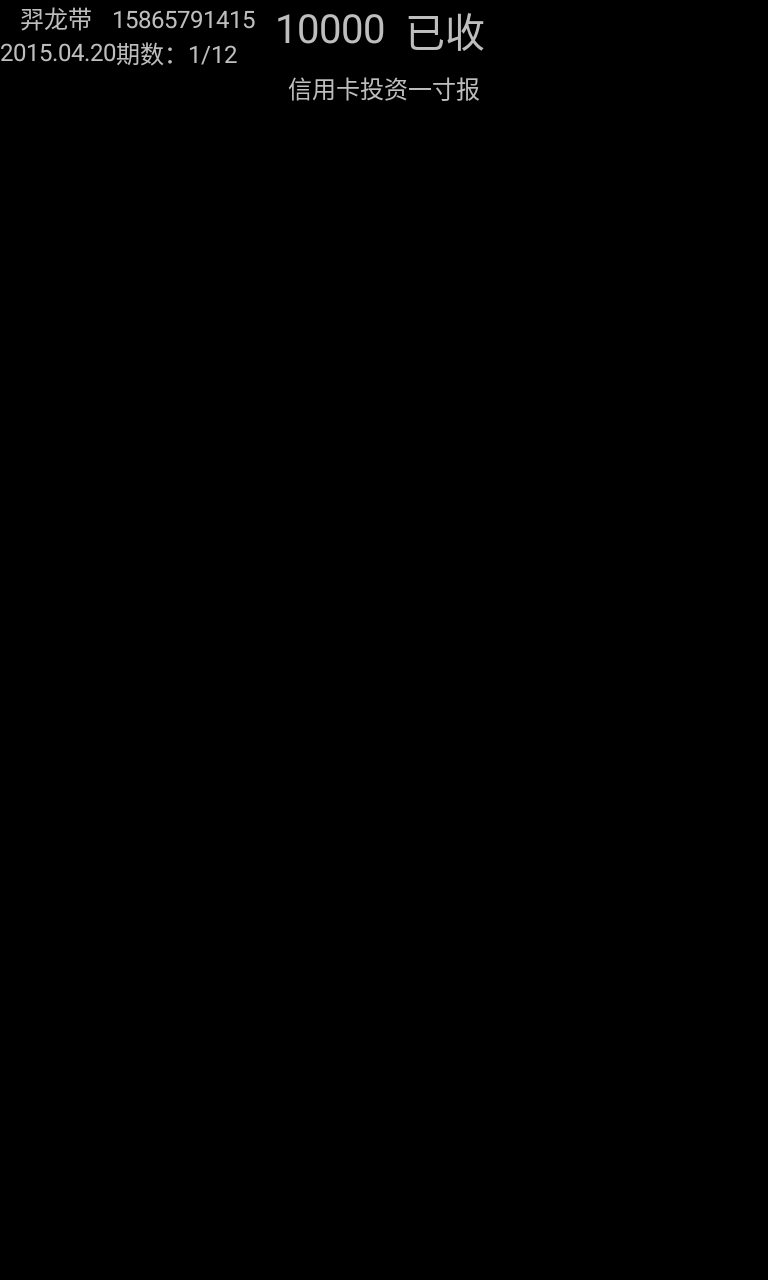
Repository: gongxinge/money-android
Layout: P2P/res/layout/billdetaillistitem.xml
These files come from the project's save history. The layout is drawn as it stood at one moment and after the next save; the edit follows.
It is drawn on a 768 x 1280 px phone screen (xhdpi) without system bars, with theme android:Theme; the app's code is not run.

Above is the layout before, as saved 2015-06-28 03:44:12.

### P2P/res/layout/billdetaillistitem.xml
<?xml version="1.0" encoding="utf-8"?>
<LinearLayout xmlns:android="http://schemas.android.com/apk/res/android"
    android:layout_width="match_parent"
    android:layout_height="match_parent"
    android:layout_marginBottom="10dp"
    android:background="@drawable/listborder"
    android:orientation="vertical" >

    <LinearLayout
        android:id="@+id/llCenter"
        android:layout_width="wrap_content"
        android:layout_height="wrap_content"
        android:orientation="horizontal" >

        <LinearLayout
            android:id="@+id/llCenter"
            android:layout_width="wrap_content"
            android:layout_height="wrap_content"
            android:orientation="vertical" >

            <LinearLayout
                android:id="@+id/llCenter"
                android:layout_width="wrap_content"
                android:layout_height="wrap_content"
                android:orientation="horizontal" >

                <TextView
                    android:id="@+id/tvSiteName"
                    android:layout_width="wrap_content"
                    android:layout_height="wrap_content"
                    android:layout_marginLeft="10dp"
                    android:text="羿龙带"
                    android:textSize="12dp" />

                <TextView
                    android:id="@+id/tvSiteUserName"
                    android:layout_width="wrap_content"
                    android:layout_height="wrap_content"
                    android:layout_marginLeft="10dp"
                    android:text="15865791415"
                    android:textSize="12dp" />
            </LinearLayout>

            <LinearLayout
                android:id="@+id/llCenter"
                android:layout_width="wrap_content"
                android:layout_height="wrap_content"
                android:orientation="horizontal" >

                <TextView
                    android:id="@+id/tvRecDate"
                    android:layout_width="wrap_content"
                    android:layout_height="wrap_content"
                    android:layout_gravity="center_horizontal"
                    android:text="2015.04.20"
                    android:textSize="12dp" />

                <TextView
                    android:id="@+id/tvPeriods"
                    android:layout_width="wrap_content"
                    android:layout_height="wrap_content"
                    android:text="期数：1/12"
                    android:textSize="12dp" />
            </LinearLayout>
        </LinearLayout>

        <TextView
            android:id="@+id/tvRecAll"
            android:layout_width="wrap_content"
            android:layout_height="wrap_content"
            android:layout_gravity="center_horizontal"
            android:layout_marginLeft="10dp"
            android:text="10000"
            android:textSize="20dp" />

        <TextView
            android:id="@+id/tvState"
            android:layout_width="wrap_content"
            android:layout_height="wrap_content"
            android:layout_marginLeft="10dp"
            android:text="已收"
            android:textSize="20dp" />
    </LinearLayout>

    <TextView
        android:id="@+id/tvRemark"
        android:layout_width="wrap_content"
        android:layout_height="wrap_content"
        android:layout_gravity="center_horizontal"
        android:text="信用卡投资一寸报"
        android:textSize="12dp" />

</LinearLayout>

### P2P/res/drawable/listborder.xml
<?xml version="1.0" encoding="utf-8"?>
<animated-rotate xmlns:android="http://schemas.android.com/apk/res/android" >

<shape xmlns:android="http://schemas.android.com/apk/res/android" >

    <solid android:color="#FFFFFF" />

    <stroke
        android:width="0.01dp"
        android:color="#FFFFFF" />

    <padding
        android:bottom="1dp"
        android:left="0.5dp"
        android:right="0.5dp"
        android:top="0dp" />
</shape>

After the next save:
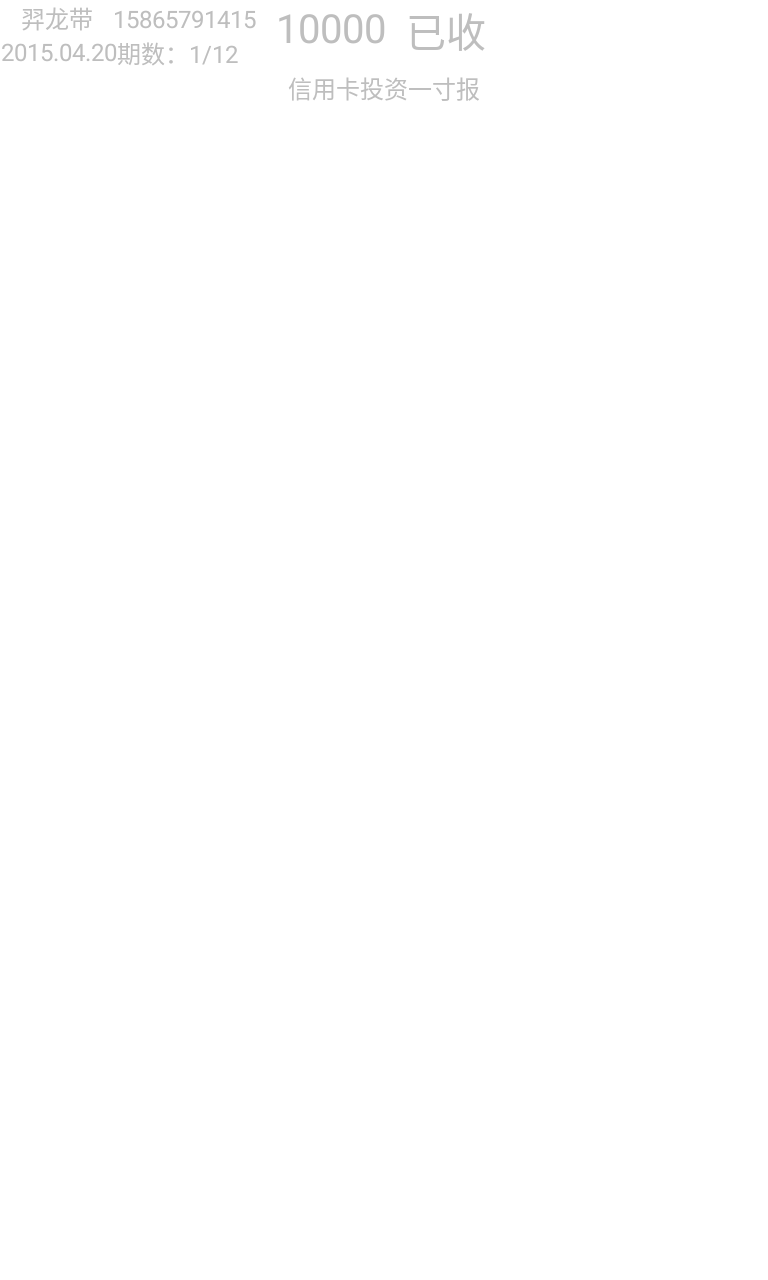
Saved 11 s later.
--- a/P2P/res/drawable/listborder.xml
+++ b/P2P/res/drawable/listborder.xml
@@ -1,5 +1,4 @@
 <?xml version="1.0" encoding="utf-8"?>
-<animated-rotate xmlns:android="http://schemas.android.com/apk/res/android" >
 
 <shape xmlns:android="http://schemas.android.com/apk/res/android" >
 
